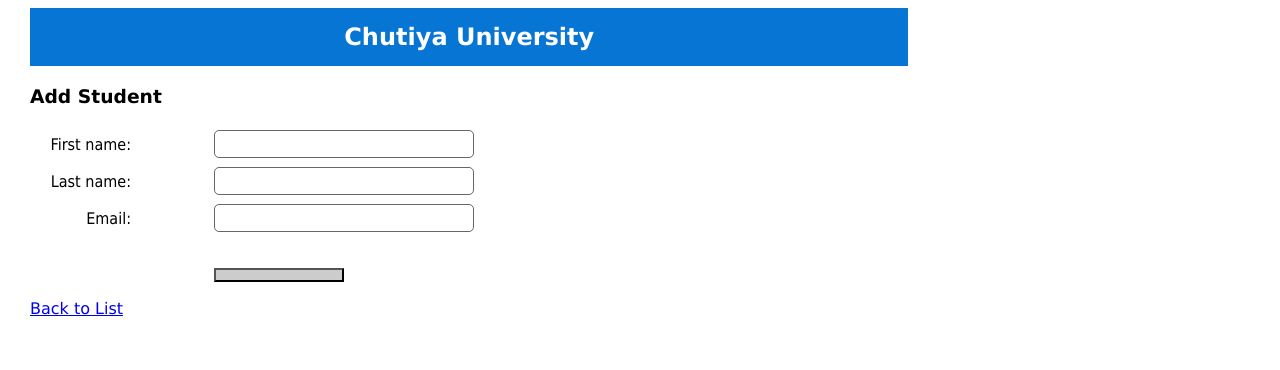
Repository: shafa45/JSP-SERVLET-JDBC-Tutorial
Page: http://localhost/web-student-tracker/add-student-form.jsp
An editor plug-in stored every save of this project. The page is shown before and after the next save, followed by the edit.
The browser window is 1280 px wide. The pictures show the whole page.
The page is served by Tomcat 9. Other server files are loaded and not shown.

Above is the page before, as saved 2022-11-25 18:20:33.

### web-student-tracker/WebContent/add-student-form.jsp
<!DOCTYPE html>
<html>

<head>
	<title>Add Student</title>

	<link type="text/css" rel="stylesheet" href="css/style.css">
	<link type="text/css" rel="stylesheet" href="css/add-student-style.css">
</head>

<body>
	<div id="wrapper">
		<div id="header">
			<h2>Chutiya University</h2>
		</div>
	</div>

	<div id="container">
		<h3>Add Student</h3>

		<form action="StudentControllerServlet" method="GET">

			<input type="hidden" name="command" value="ADD" />

			<table>
				<tbody>
					<tr>
						<td><label>First name:</label></td>
						<td><input type="text" name="firstName" /></td>
					</tr>

					<tr>
						<td><label>Last name:</label></td>
						<td><input type="text" name="lastName" /></td>
					</tr>

					<tr>
						<td><label>Email:</label></td>
						<td><input type="text" name="email" /></td>
					</tr>

					<tr>
						<td><label></label></td>

						<td><button type="submit" value="Save" class="save" /></td>
					</tr>

				</tbody>
			</table>
		</form>

		<div style="clear: both;"></div>

		<p>
			<a href="StudentControllerServlet">Back to List</a>
		</p>
	</div>
</body>

</html>

### web-student-tracker/WebContent/css/style.css
html, body{
	margin-left:15px; margin-right:15px;
	padding:0px;
	font-family:Verdana, Arial, Helvetica, sans-serif;
}

table {
	border-collapse:collapse;
	border-bottom:1px solid gray;
	font-family: Tahoma,Verdana,Segoe,sans-serif;
	width:72%;
}

th {
	border-bottom:1px solid gray;
	background:none repeat scroll 0 0 #0775d3;
	padding:10px;
	color: #FFFFFF;
}

tr {
	border-top:1px solid gray;
	text-align:center;
}

tr:nth-child(even) {background: #FFFFFF}
tr:nth-child(odd) {background: #BBBBBB}

#wrapper {width: 100%; margin-top: 0px; margin-bottom: 20px; }
#header {width: 72%; background: #0775d3; margin-top: 0px; padding:15px 0px 15px 0px; text-align:center;}
#header h2 {width: 100%; margin:auto; color: #FFFFFF;}
#container {width: 100%; margin:auto}
#container h3 {color: #000;}
#container #content {margin-top: 20px;}

.add-student-button {
	border: 1px solid #666;
	border-radius: 5px;
	padding: 4px;
	font-size: 12px;
	font-weight: bold;
	width: 120px;
	padding: 5px 10px;

	margin-bottom: 15px;
	background: #cccccc;
}

Loaded but not shown: web-student-tracker/WebContent/css/add-student-style.css (common file)

After the next save:
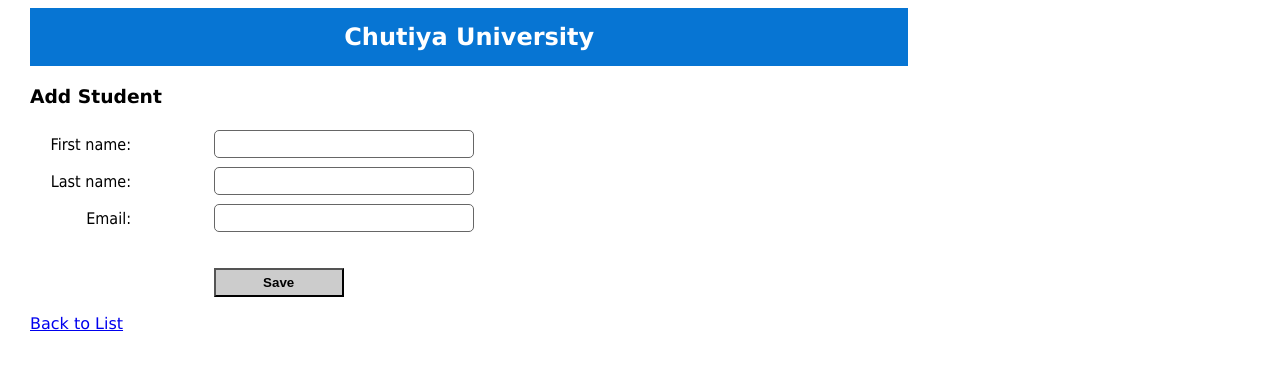
Saved 27 s later.
--- a/web-student-tracker/WebContent/add-student-form.jsp
+++ b/web-student-tracker/WebContent/add-student-form.jsp
@@ -42,7 +42,7 @@
 					<tr>
 						<td><label></label></td>
 
-						<td><button type="submit" value="Save" class="save" /></td>
+						<td><button type="submit" value="Save" class="save">Save</button></td>
 					</tr>
 
 				</tbody>
